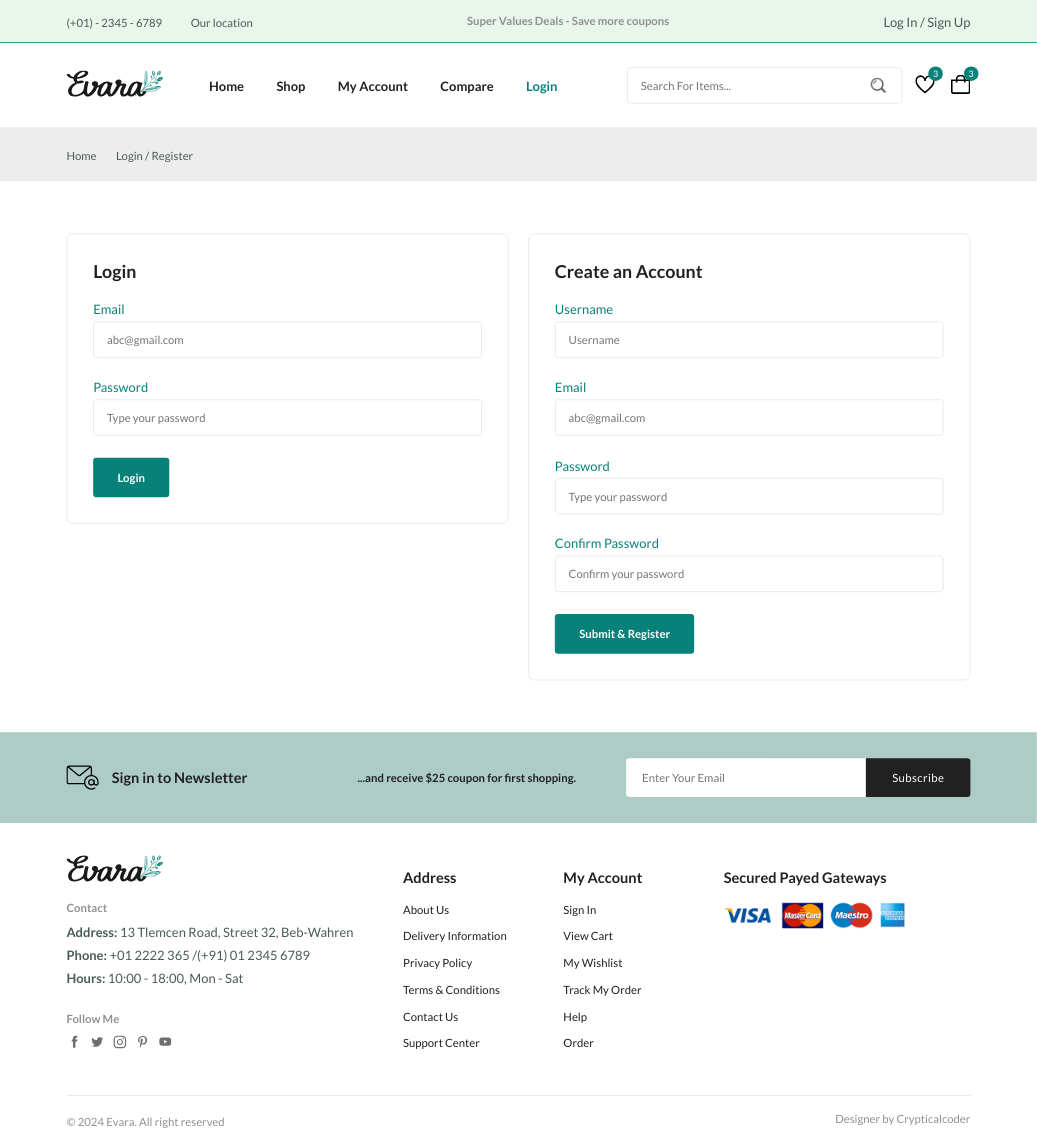
Repository: binhphanbp/evara-ecommerce
Page: login-register.html
An editor plug-in stored every save of this project. The page is shown before and after the next save, followed by the edit.
The browser window is 1280 px wide. The pictures show the whole page, at 81% of full size.

Above is the page before, as saved 2025-04-14 17:30:37.

### login-register.html
<!DOCTYPE html>
<html lang="en">
  <head>
    <meta charset="UTF-8" />
    <meta name="viewport" content="width=device-width, initial-scale=1.0" />

    <!--=============== FLATICON ===============-->
    <link
      rel="stylesheet"
      href="https://cdn-uicons.flaticon.com/2.0.0/uicons-regular-straight/css/uicons-regular-straight.css"
    />

    <!--=============== SWIPER CSS ===============-->
    <link
      rel="stylesheet"
      href="https://cdn.jsdelivr.net/npm/swiper@11/swiper-bundle.min.css"
    />

    <!--=============== CSS ===============-->
    <link rel="stylesheet" href="./assets/css/styles.css" />

    <title>Ecommerce Website</title>
  </head>
  <body>
    <!--=============== HEADER ===============-->
    <header class="header">
      <div class="header__top">
        <div class="header__container container">
          <div class="header__contact">
            <span>(+01) - 2345 - 6789</span>
            <span>Our location</span>
          </div>
          <p class="header__alert-news">
            Super Values Deals - Save more coupons
          </p>
          <a href="login-register.html" class="header__top-action">
            Log In / Sign Up
          </a>
        </div>
      </div>

      <nav class="nav container">
        <a href="index.html" class="nav__logo">
          <img
            class="nav__logo-img"
            src="assets/img/logo.svg"
            alt="website logo"
          />
        </a>
        <div class="nav__menu" id="nav-menu">
          <ul class="nav__list">
            <li class="nav__item">
              <a href="index.html" class="nav__link">Home</a>
            </li>
            <li class="nav__item">
              <a href="shop.html" class="nav__link">Shop</a>
            </li>
            <li class="nav__item">
              <a href="accounts.html" class="nav__link">My Account</a>
            </li>
            <li class="nav__item">
              <a href="compare.html" class="nav__link">Compare</a>
            </li>
            <li class="nav__item">
              <a href="login-register.html" class="nav__link active-link"
                >Login</a
              >
            </li>
          </ul>
          <div class="header__search">
            <input
              type="text"
              placeholder="Search For Items..."
              class="form__input"
            />
            <button class="search__btn">
              <img src="assets/img/search.png" alt="search icon" />
            </button>
          </div>
        </div>
        <div class="header__user-actions">
          <a href="wishlist.html" class="header__action-btn" title="Wishlist">
            <img src="assets/img/icon-heart.svg" alt="" />
            <span class="count">3</span>
          </a>
          <a href="cart.html" class="header__action-btn" title="Cart">
            <img src="assets/img/icon-cart.svg" alt="" />
            <span class="count">3</span>
          </a>
        </div>
      </nav>
    </header>

    <!--=============== MAIN ===============-->
    <main class="main">
      <!--=============== BREADCRUMB ===============-->
      <section class="breadcrumb">
        <ul class="breadcrumb__list flex container">
          <li><a href="index.html" class="breadcrumb__link">Home</a></li>
          <li><span class="breadcrumb__link"></span></li>
          <li><span class="breadcrumb__link">Login / Register</span></li>
        </ul>
      </section>

      <!--=============== LOGIN-REGISTER ===============-->
      <section class="login-register section--lg">
        <div class="login-register__container container grid">
          <div class="login">
            <h3 class="section__title">Login</h3>

            <!-- Form Login -->
            <form id="loginForm" class="form grid">
              <div class="form-group">
                <label for="loginEmail">Email</label>
                <input
                  type="text"
                  id="loginEmail"
                  placeholder="abc@gmail.com"
                  class="form__input"
                />
                <span id="loginEmailError" class="error"></span>
              </div>
              <div class="form-group">
                <label for="loginPassword">Password</label>
                <input
                  type="password"
                  id="loginPassword"
                  placeholder="Type your password"
                  class="form__input"
                />
                <span id="loginPasswordError" class="error"></span>
              </div>
              <div class="form__btn">
                <button class="btn" type="submit">Login</button>
              </div>
            </form>
          </div>
          <div class="register">
            <h3 class="section__title">Create an Account</h3>

            <!-- Form Register -->
            <form id="registerForm" class="form grid">
              <div class="form-group">
                <label for="regUsername">Username</label>
                <input
                  type="text"
                  id="regUsername"
                  placeholder="Username"
                  class="form__input"
                />
                <span id="regUsernameError" class="error"></span>
              </div>
              <div class="form-group">
                <label for="regEmail">Email</label>
                <input
                  type="text"
                  id="regEmail"
                  placeholder="abc@gmail.com"
                  class="form__input"
                />
                <span id="regEmailError" class="error"></span>
              </div>
              <div class="form-group">
                <label for="regPassword">Password</label>
                <input
                  type="password"
                  id="regPassword"
                  placeholder="Type your password"
                  class="form__input"
                />
                <span id="regPasswordError" class="error"></span>
              </div>
              <div class="form-group">
                <label for="regConfirmPassword">Confirm Password</label>
                <input
                  type="password"
                  id="regConfirmPassword"
                  placeholder="Confirm your password"
                  class="form__input"
                />
                <span id="regConfirmPasswordError" class="error"></span>
              </div>
              <div class="form__btn">
                <button class="btn" type="submit">Submit &amp; Register</button>
              </div>
            </form>
          </div>
        </div>
      </section>

      <!--=============== NEWSLETTER ===============-->
      <section class="newsletter section">
        <div class="newsletter__container container grid">
          <h3 class="newsletter__title flex">
            <img
              src="./assets/img/icon-email.svg"
              alt=""
              class="newsletter__icon"
            />
            Sign in to Newsletter
          </h3>
          <p class="newsletter__description">
            ...and receive $25 coupon for first shopping.
          </p>
          <form action="" class="newsletter__form">
            <input
              type="text"
              placeholder="Enter Your Email"
              class="newsletter__input"
            />
            <button type="submit" class="newsletter__btn">Subscribe</button>
          </form>
        </div>
      </section>
    </main>

    <!--=============== FOOTER ===============-->
    <footer class="footer container">
      <div class="footer__container grid">
        <div class="footer__content">
          <a href="index.html" class="footer__logo">
            <img src="./assets/img/logo.svg" alt="" class="footer__logo-img" />
          </a>
          <h4 class="footer__subtitle">Contact</h4>
          <p class="footer__description">
            <span>Address:</span> 13 Tlemcen Road, Street 32, Beb-Wahren
          </p>
          <p class="footer__description">
            <span>Phone:</span> +01 2222 365 /(+91) 01 2345 6789
          </p>
          <p class="footer__description">
            <span>Hours:</span> 10:00 - 18:00, Mon - Sat
          </p>
          <div class="footer__social">
            <h4 class="footer__subtitle">Follow Me</h4>
            <div class="footer__links flex">
              <a href="#">
                <img
                  src="./assets/img/icon-facebook.svg"
                  alt=""
                  class="footer__social-icon"
                />
              </a>
              <a href="#">
                <img
                  src="./assets/img/icon-twitter.svg"
                  alt=""
                  class="footer__social-icon"
                />
              </a>
              <a href="#">
                <img
                  src="./assets/img/icon-instagram.svg"
                  alt=""
                  class="footer__social-icon"
                />
              </a>
              <a href="#">
                <img
                  src="./assets/img/icon-pinterest.svg"
                  alt=""
                  class="footer__social-icon"
                />
              </a>
              <a href="#">
                <img
                  src="./assets/img/icon-youtube.svg"
                  alt=""
                  class="footer__social-icon"
                />
              </a>
            </div>
          </div>
        </div>
        <div class="footer__content">
          <h3 class="footer__title">Address</h3>
          <ul class="footer__links">
            <li><a href="#" class="footer__link">About Us</a></li>
            <li><a href="#" class="footer__link">Delivery Information</a></li>
            <li><a href="#" class="footer__link">Privacy Policy</a></li>
            <li><a href="#" class="footer__link">Terms &amp; Conditions</a></li>
            <li><a href="#" class="footer__link">Contact Us</a></li>
            <li><a href="#" class="footer__link">Support Center</a></li>
          </ul>
        </div>
        <div class="footer__content">
          <h3 class="footer__title">My Account</h3>
          <ul class="footer__links">
            <li><a href="#" class="footer__link">Sign In</a></li>
            <li><a href="#" class="footer__link">View Cart</a></li>
            <li><a href="#" class="footer__link">My Wishlist</a></li>
            <li><a href="#" class="footer__link">Track My Order</a></li>
            <li><a href="#" class="footer__link">Help</a></li>
            <li><a href="#" class="footer__link">Order</a></li>
          </ul>
        </div>
        <div class="footer__content">
          <h3 class="footer__title">Secured Payed Gateways</h3>
          <img
            src="./assets/img/payment-method.png"
            alt=""
            class="payment__img"
          />
        </div>
      </div>
      <div class="footer__bottom">
        <p class="copyright">&copy; 2024 Evara. All right reserved</p>
        <span class="designer">Designer by Crypticalcoder</span>
      </div>
    </footer>

    <!--=============== SWIPER JS ===============-->
    <script src="https://cdn.jsdelivr.net/npm/swiper@11/swiper-bundle.min.js"></script>

    <!--=============== MAIN JS ===============-->
    <script src="./assets/js/main.js"></script>
  </body>
</html>

Loaded but not shown: assets/js/main.js (253 lines, source omitted); assets/css/styles.css (2143 lines, source omitted)

After the next save:
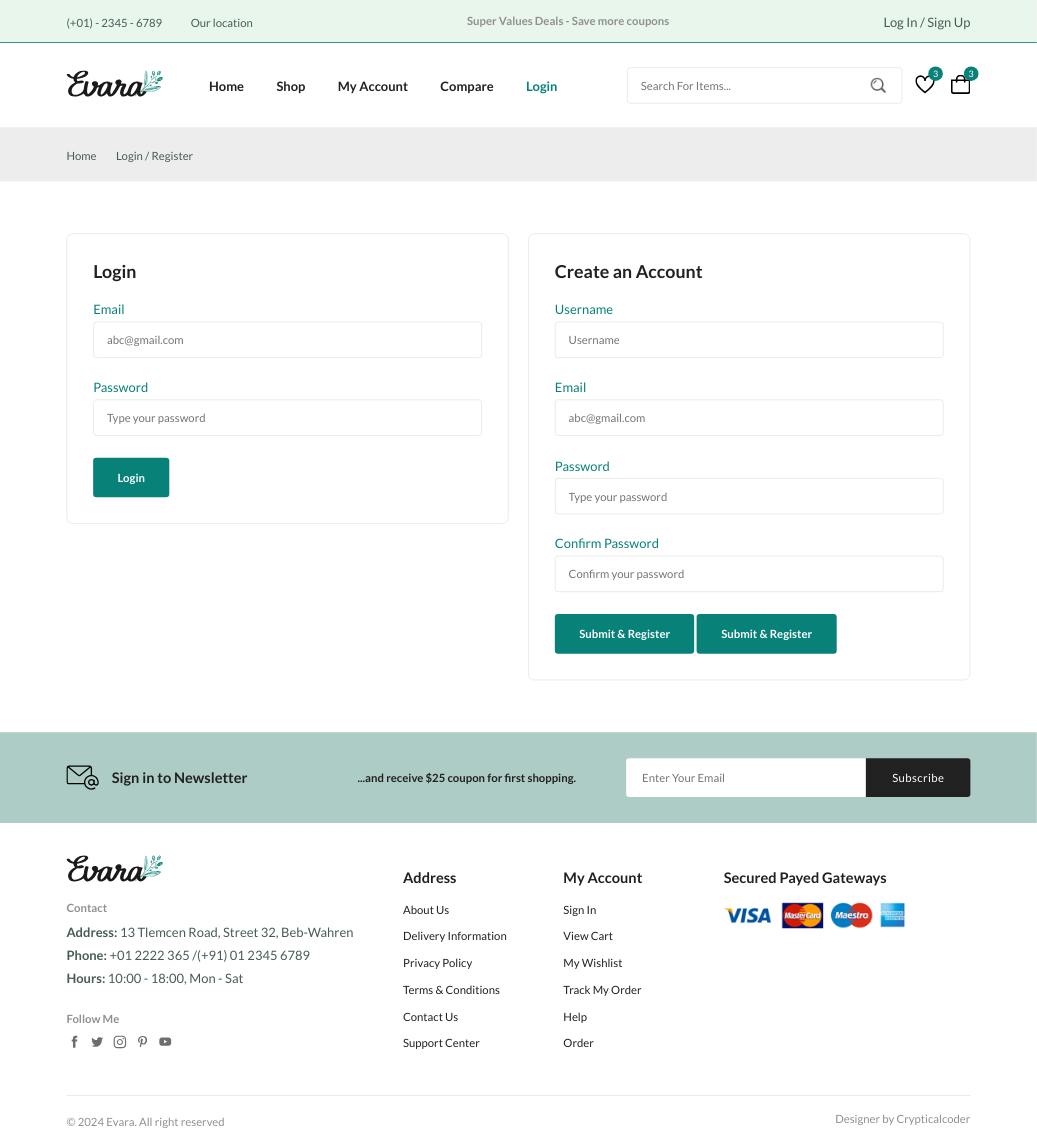
Saved 8 min 13 s later.
--- a/login-register.html
+++ b/login-register.html
@@ -181,6 +181,7 @@
                 <span id="regConfirmPasswordError" class="error"></span>
               </div>
               <div class="form__btn">
+                <button class="btn" type="submit">Submit &amp; Register</button>
                 <button class="btn" type="submit">Submit &amp; Register</button>
               </div>
             </form>
